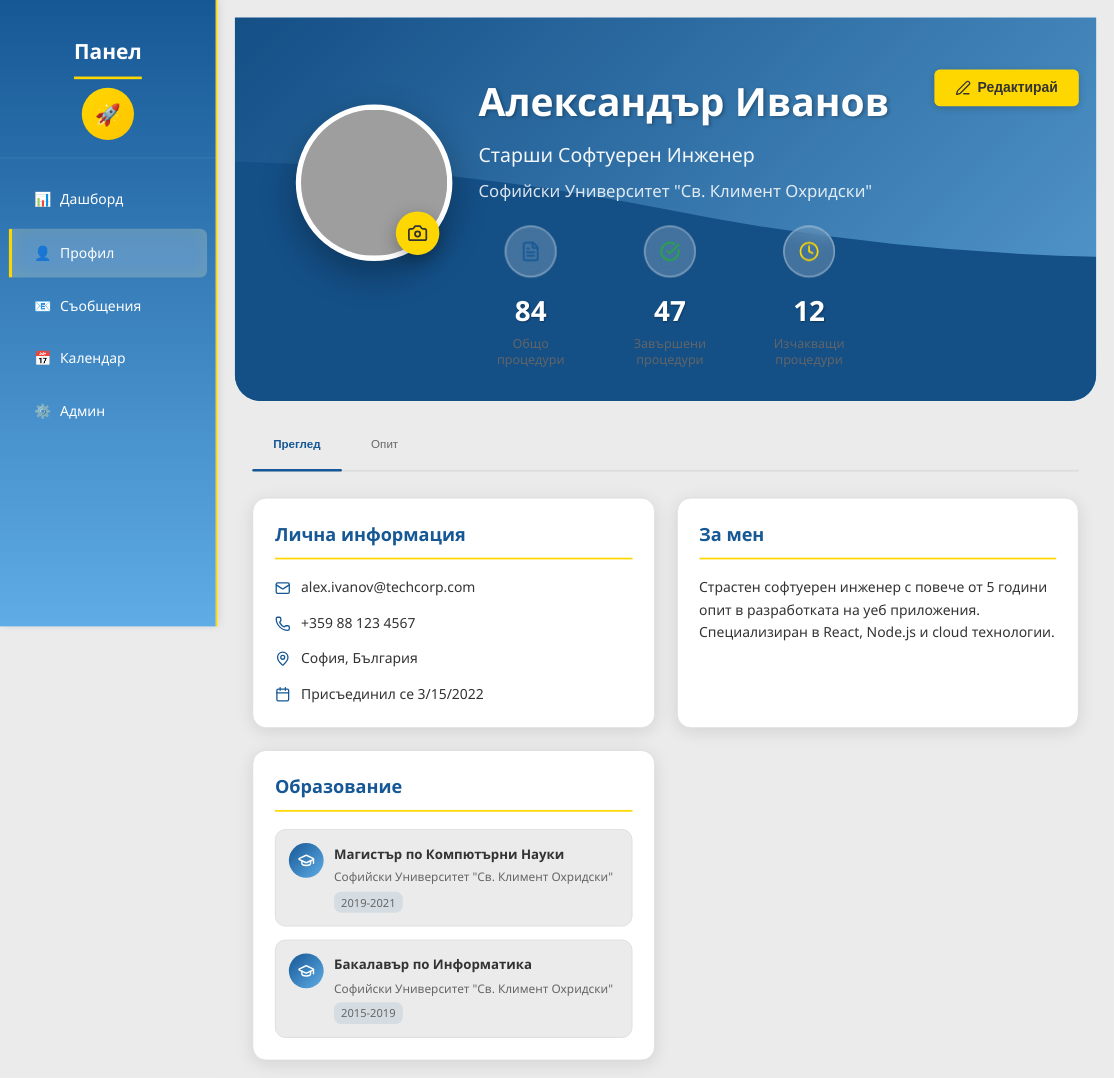
Repository: BorisSavianov/doxa-frontend
Page: /profile
The author's editor kept a copy of each file at every save. The page is drawn from the files as they stood at one save, then again after the next save.
The browser window is 1280 px wide. The pictures show the whole page, at 87% of full size.
Pictures or frames that could not be fetched are drawn as grey boxes. The project was rebuilt for these pictures with package versions that can differ from the ones it lists, and the page was loaded fresh each time. Also part of the build but not shown: vite.config.js, src/components/Layout/Header.jsx, src/components/Charts/SimpleChart.jsx, src/pages/Dashboard.jsx, src/pages/Inbox.css, src/pages/Inbox.jsx, src/pages/Calendar.css, src/pages/Calendar.jsx and 1 more.

Above is the page before, as saved 2025-10-24 14:05:21.

After the next save:
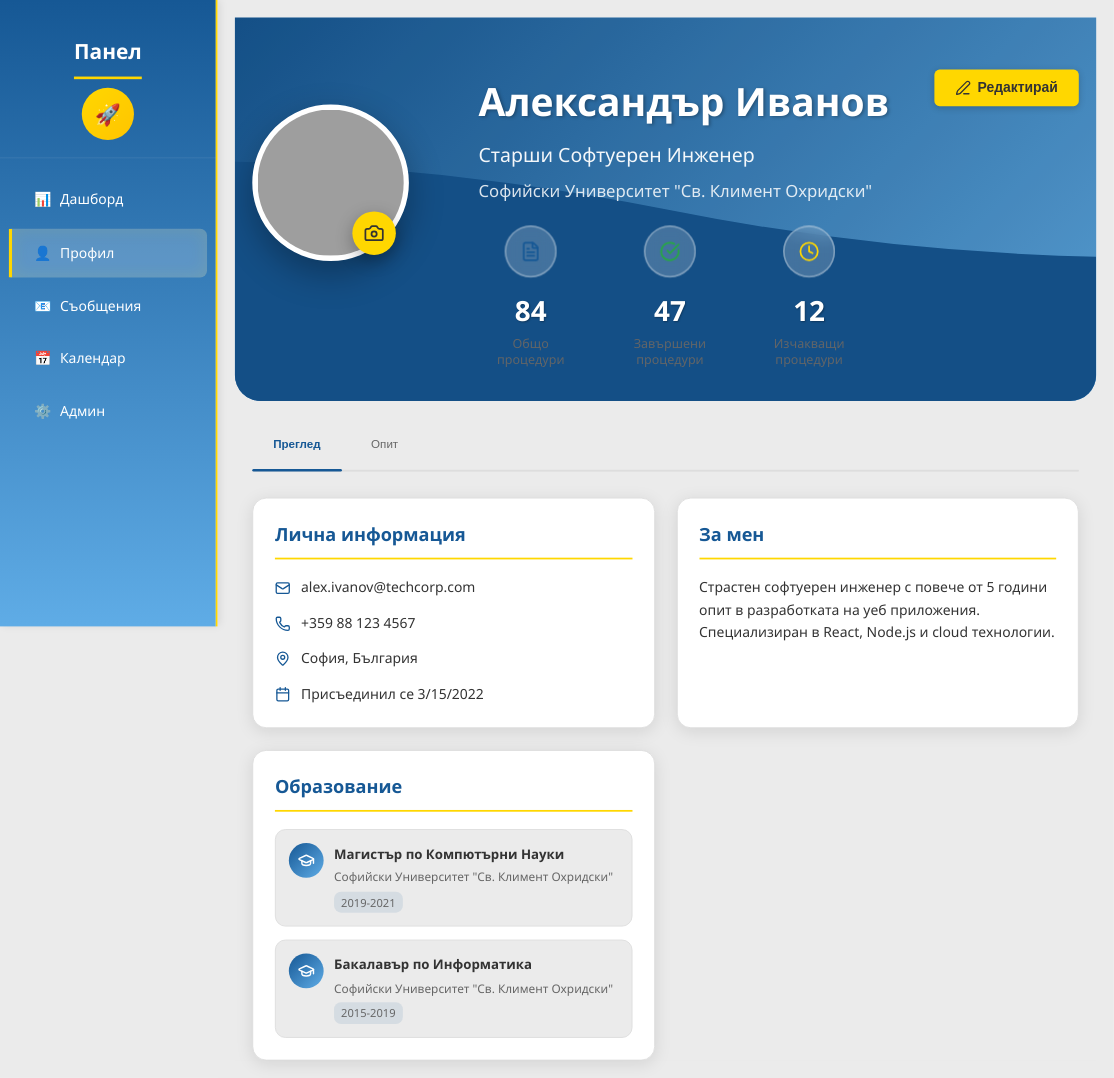
Saved 6 s later.
--- a/src/pages/Profile.css
+++ b/src/pages/Profile.css
@@ -54,7 +54,7 @@
 .large-avatar-container {
   position: relative;
   margin-top: 60px;
-  margin-left: 50px;
+  margin-right: 50px;
 }
 
 .large-profile-avatar {
